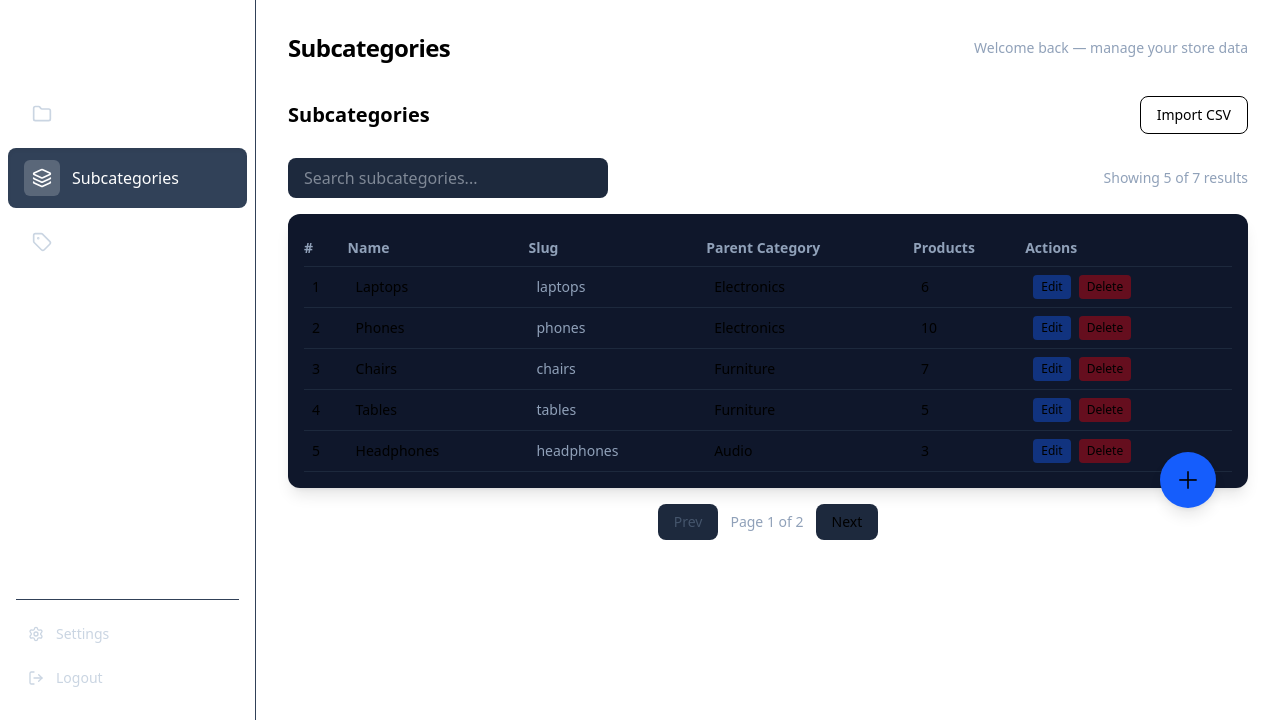
Repository: Ndegwa2/MulistorePOS
Page: /, after clicking the first element matching `nav.mt-4 > :nth-child(2)`
An editor plug-in stored every save of this project. The page is shown before and after the next save, followed by the edit.
The browser window is 1280 px wide. The pictures show the whole page.
The project was rebuilt for these pictures with package versions that can differ from the ones it lists, and the page was loaded fresh each time. Also part of the build but not shown: vite.config.js, Frontend/EditModal.jsx, Frontend/DeleteConfirm.jsx, Frontend/brand.jsx.

Above is the page before, as saved 2025-10-03 09:55:20.

After the next save:
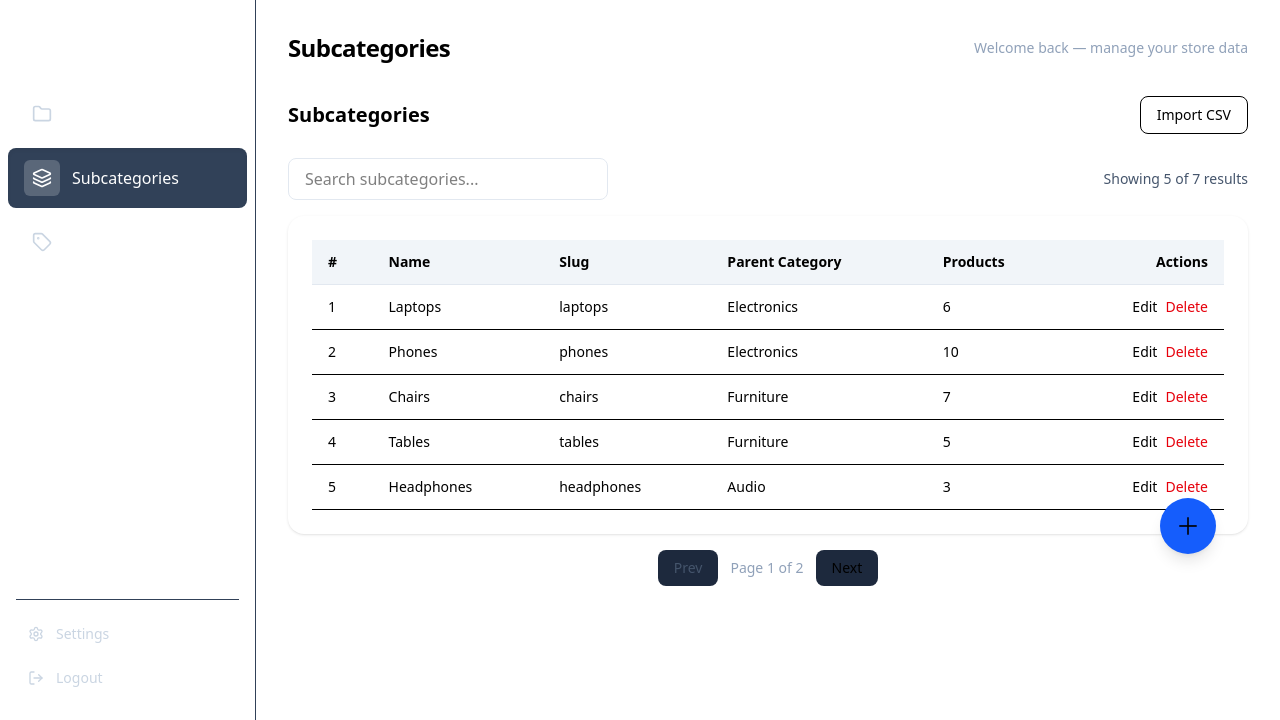
Saved 11 s later.
--- a/Frontend/subcategory.jsx
+++ b/Frontend/subcategory.jsx
@@ -92,44 +92,44 @@ export default function SubCategoryPanel() {
           placeholder="Search subcategories..."
           value={searchTerm}
           onChange={handleSearch}
-          className="w-full sm:w-1/3 bg-slate-800 text-slate-200 px-4 py-2 rounded-lg focus:ring-2 focus:ring-blue-600 outline-none"
+          className="w-full sm:w-1/3 bg-white text-text px-4 py-2 rounded-lg border border-slate-200 focus:ring-2 focus:ring-primary outline-none"
         />
-        <span className="text-sm text-slate-400">
+        <span className="text-sm text-slate-600">
           Showing {paginated.length} of {filtered.length} results
         </span>
       </div>
 
       {/* Table */}
-      <div className="bg-slate-900 rounded-xl p-4 shadow-lg overflow-x-auto">
-        <table className="w-full text-sm">
-          <thead>
-            <tr className="text-slate-400 border-b border-slate-800">
-              <th className="py-2 text-left">#</th>
-              <th className="py-2 text-left">Name</th>
-              <th className="py-2 text-left">Slug</th>
-              <th className="py-2 text-left">Parent Category</th>
-              <th className="py-2 text-left">Products</th>
-              <th className="py-2 text-left">Actions</th>
+      <div className="bg-white rounded-2xl shadow p-6 overflow-x-auto">
+        <table className="w-full text-left border-collapse text-sm">
+          <thead className="bg-slate-100 border-b border-slate-200">
+            <tr>
+              <th className="py-3 px-4">#</th>
+              <th className="py-3 px-4">Name</th>
+              <th className="py-3 px-4">Slug</th>
+              <th className="py-3 px-4">Parent Category</th>
+              <th className="py-3 px-4">Products</th>
+              <th className="py-3 px-4 text-right">Actions</th>
             </tr>
           </thead>
           <tbody>
             {paginated.map((sub, idx) => (
-              <tr key={sub.id} className="border-b border-slate-800 hover:bg-slate-800/50">
-                <td className="py-2 px-2">{(currentPage - 1) * itemsPerPage + idx + 1}</td>
-                <td className="py-2 px-2 font-medium">{sub.name}</td>
-                <td className="py-2 px-2 text-slate-400">{sub.slug}</td>
-                <td className="py-2 px-2">{sub.parent}</td>
-                <td className="py-2 px-2">{sub.count}</td>
-                <td className="py-2 px-2 flex gap-2">
+              <tr key={sub.id} className="border-b hover:bg-slate-50">
+                <td className="py-3 px-4">{(currentPage - 1) * itemsPerPage + idx + 1}</td>
+                <td className="py-3 px-4">{sub.name}</td>
+                <td className="py-3 px-4">{sub.slug}</td>
+                <td className="py-3 px-4">{sub.parent}</td>
+                <td className="py-3 px-4">{sub.count}</td>
+                <td className="py-3 px-4 text-right space-x-2">
                   <button
                     onClick={() => handleEdit(sub)}
-                    className="px-2 py-1 bg-blue-600/40 rounded hover:bg-blue-600/60 text-xs"
+                    className="text-primary hover:underline"
                   >
                     Edit
                   </button>
                   <button
                     onClick={() => handleDelete(sub)}
-                    className="px-2 py-1 bg-red-600/40 rounded hover:bg-red-600/60 text-xs"
+                    className="text-red-600 hover:underline"
                   >
                     Delete
                   </button>
